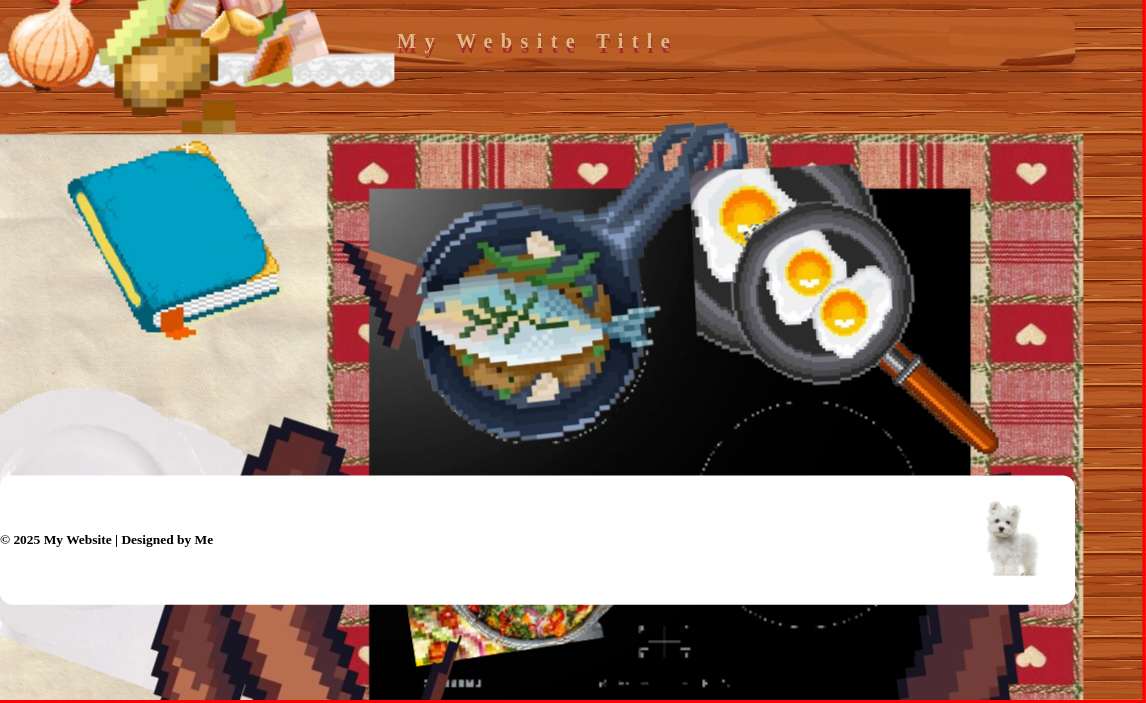
Repository: AJamdonuts/ToddyTalks
Page: playingaround2/pages/chefsujin.html
These files come from the project's save history. The page is drawn as it stood at one moment and after the next save; the edit follows.
The browser window is 1280 px wide. The page is 1364 px wide, so the pictures cover 1364 px, including what lies to the right of the window. The pictures show the whole page, at 84% of full size.
An inner scrolling area shows only its first screen.

Above is the page before, as saved 2025-11-27 00:00:29.

### playingaround2/pages/chefsujin.html
<!DOCTYPE html>
<html>
<head>
    <meta charset="UTF-8">
    <meta name="viewport" content="width=device-width, initial-scale=1">
    <link href="/playingaround2/styles/chefsujin.css" rel="stylesheet">
    <script src="/playingaround2/javascript/chefsujin.js" defer></script>
    <title>Chef Sujin</title>
    <link rel="icon" type="image/x-icon" href="/playingaround2/images/favicon.ico">
</head>
<body>
    <div class="page-background">
        <div class="site-wrapper">
            <header>
                <div class="header-images">
                    <img src="/playingaround2/images/bearf.png" alt="Header Image" class="img1">
                    <img src="/playingaround2/images/IMG_0128.PNG" alt="Header Image 2" class="img2">
                </div>
                <h1>My Website Title</h1>
            </header>

            <div class="section-divider">

            </div>
            <main>
                <div class="canvas">
                        <div class="canvas-content">
                            <img src="/playingaround2/images/09362b8ce39beb85f830c3373e6b392c-removebg-preview.png" alt="Chef Sujin Banner" class="chef-sujin-banner">
                            <img src="/playingaround2/images/b41e50d46e26e9463ce130b2da7a46aa.jpg" class="creamtexture">
                            <img src="/playingaround2/images/check table cloth.jpg" class="checktablecloth">
                            <img src="/playingaround2/images/pxArt-2.png" class="hob">
                            <img src="/playingaround2/images/pixil-frame-0-removebg-preview 1.png" class="recipebook">
                            <img src="/playingaround2/images/fishpan.png" class="fishpan">
                            <img src="/playingaround2/images/leek-removebg-preview.png" class="leek">
                            <img src="/playingaround2/images/garlic-removebg-preview.png" class="garlic">
                            <img src="/playingaround2/images/d95fa1e62c663504736614e026fc4862-removebg-preview.png" class="potato">
                            <img src="/playingaround2/images/pixil-frame-0-removebg-preview.png" class="eggpan" >
                            <img src="/playingaround2/images/pxArt-2-removebg-preview.png" class="vegpan">
                            <img src="/playingaround2/images/pxArt-removebg-preview.png" class="plate">
                            <img src="/playingaround2/images/tomato-removebg-preview.png" class="tomato">
                            <img src="/playingaround2/images/onion-removebg-preview.png" class="onion">
                            <img src="/playingaround2/images/IMG_0236_2-removebg-preview.png" class="beararm1" >
                            <img src="/playingaround2/images/IMG_0236-removebg-preview.png" class="beararm2" >
                        </div>
                </div>
            </main>

            <footer>
                <div class="footer-content">
                    <p class="footer-text">© 2025 My Website | Designed by Me</p>
                    <a href="https://example.com">
                    <img src="/playingaround2/images/ -16.png" alt="Footer Logo" class="footer-img">
                    </a>
                </div>
            </footer>

        </div> <!-- .site-wrapper -->
    </div> <!-- .page-background -->



</body>
</html>

### playingaround2/styles/chefsujin.css

html, body {
    background-image: url('/playingaround2/images/kitchencounter.jpg');
    background-repeat: repeat; /* repeat the image */
    background-size: 300px 100px; /* set width and height for each tile */
    background-position: top left; /* start tiling from top-left */
    background-attachment: scroll; /* moves with page */
    background-color: #ffffff; /* fallback color */
    width: 100%;
    height: 100%;
    margin: 0;
    padding: 0;
}




.page-background {
    position: relative; /* Essential for absolute border elements (if you add them later) */
    width: 100%;
    height: 100%;
    /* Add your overall background/border styles here */
}


.site-wrapper {
    display: flex;
    flex-direction: column;
    height: 100%; /* Take up 100% of .page-background's height */
    max-width: 1440px; /* Example: Limit the content width */
    margin: 0 auto;
}

main {
    flex-grow: 1;
    position: relative;
}

.canvas {

    position: absolute;
    top: 50%;
    left: 50%;
    width: 1440px;   /* design width */
    height: 1000px;  /* design height */
    transform-origin: top left; /* easier to work with scaling */
    transform: translate(-50%, -50%) scale(var(--scale-factor, 1));
    border: 4px solid red !important;
    overflow: auto;
}

.canvas-content {
    position: absolute;
    left: 50px; /* adjust this number: 20px, 40px, 70px, etc. */
    top: 0;
}


.tomato {
    position: absolute;
    width: 133.75px;
    height: 133.75px;
    left: 45.02px;
    top: 55.06px;
    background: url(tomato-removebg-preview.png);
    filter: drop-shadow(0px 4px 4px rgba(0, 0, 0, 0.25));
    border-radius: 4px;
    transform: rotate(-24.58deg);
}

.potato {
    position: absolute;
    width: 165px;
    height: 165px;
    left: 146px;
    top: 161px;
    background: url(d95fa1e62c663504736614e026fc4862-removebg-preview.png);
}

.leek {
    position: absolute;
    width: 257.96px;
    height: 257.96px;
    left: 109.95px;
    top: 20px;
    background: url(leek-removebg-preview.png);
    transform: rotate(-5.62deg);
}

.garlic {
    position: absolute;
    width: 194.8px;
    height: 194.8px;
    left: 200.62px;
    top: 74.87px;
    background: url(garlic-removebg-preview.png);
    transform: rotate(-19.27deg);
}

.onion {
    position: absolute;
    width: 126.18px;
    height: 144.28px;
    left: 32px;
    top: 145.3px;
    background: url(onion-removebg-preview.png);
    transform: rotate(17.63deg);
    }

.recipebook {
    position: absolute;
    width: 300px;
    height: 300px;
    left: 90px;
    top: 302px;
}

.plate {
    position: absolute;
    width: 334.76px;
    height: 332.75px;
    left: -40px;
    top: 616px;
    background: url(pxArt-removebg-preview.png);
    transform: rotate(19.64deg);
}

.beararm1 {
    position: absolute;
    width: 448.49px;
    height: 883.17px;
    left: 132px;
    top: 450px;
    background: url(IMG_0236_2-removebg-preview.png);
    transform: matrix(0.95, 0.31, 0.31, -0.95, 0, 0);
}

.beararm2 {
    position: absolute;
    width: 348.8px;
    height: 764.5px;
    left: 1000px;
    top: 500px;
    background: url(IMG_0236-removebg-preview.png);
    transform: matrix(0.99, -0.13, -0.13, -0.99, 0, 0);
}

.fishpan {
    position: absolute;
    width: 546.95px;
    height: 546.95px;
    left: 460px;
    top: 280px;
    background: url(fishpan.png);
    transform: rotate(-6.22deg);
}

.eggpan {
    position: absolute;
    width: 396px;
    height: 396px;
    left: 860px;
    top: 362.44px;
    background: url(pixil-frame-0-removebg-preview.png);
    transform: rotate(177.33deg);
}

.vegpan {
    position: absolute;
    width: 207px;
    height: 310px;
    left: 560px;
    top: 680px;
    background: url(pxArt-2-removebg-preview.png);
    transform: rotate(81.24deg);
}

.hob {
    position: absolute;
    width: 716px;
    height: 632px;
    left: 470px;
    top: 392px;
    background: url(pxArt-2.png);
}

.creamtexture {
    position: absolute;
    width: 476px;
    height: 696px;
    left: 0px;
    bottom:0px;
    top: 327px;
    background: url(b41e50d46e26e9463ce130b2da7a46aa.jpg);
}

.checktablecloth {
    position: absolute;
    width: 900px;
    height: 697px;
    bottom: 0px;
    top: 327px;
    left: 420px;
}


footer {
    flex-shrink: 0;
    width: 100%;
    background-color: white;
    border-radius: 15px;
    box-sizing: border-box;
    z-index: 1000;
    position: ;
}

.footer-content {
  display: flex;
  justify-content: space-between; /* text left, image right */
  align-items: center;           /* vertically center text & image */
  max-width: 100%; /* Keep it aligned with max width of canvas */
  margin: 0 auto;
}

.footer-text {
  color: black;
  font-weight: bold;
  font-size: 1rem;
  margin: 0;
}

.footer-img {
  width: 150px;                     /* size of your image */
  height: auto;
  cursor: pointer;                 /* shows it’s clickable */
  transition: transform 0.3s;
  padding: 0%;
  margin: 0%;
}

.footer-img:hover {
  transform: scale(1.1);           /* optional hover effect */
}


header {
  text-align: center;
  margin: 20px auto;
  width: 100%;
  border-radius: 15px;
  background-image: url(/playingaround2/images/kitchencounter.jpg);

  background-position: center;
  box-shadow: 0 20px 10px rgba(0,0,0,0.1);

  /* Flex to center content */
  display: flex;
  flex-direction: column;
  align-items: center;
}

/* IMAGE CONTAINER */
.header-images {
  position: fixed;       /* creates a frame for absolute children */
  width: 120px;               /* how wide the image area is */
  max-width: 120px;         /* don’t let it grow too large */
  overflow: hidden;
  height: 120px;              /* fixed height */
}

/* BOTH IMAGES STACKED ON TOP OF EACH OTHER */
.header-images img {
  position: fixed;
  top: 0;
  left: 0;
  width: 100%;              /* fill container */
  height: 100%;
  object-fit: cover;
  opacity: 0;               /* start hidden */
  animation: swap 6s infinite; /* 6-second repeating animation */
  transition: opacity 1s;
}

/* First image visible first */
.header-images .img1 {
  animation-delay: 0s;
}

/* Second image appears halfway through */
.header-images .img2 {
  animation-delay: 3s;
}


header h1 {
    font-size: 1.5em;
    font-weight: bold;
    font-family: 'ToddyTalks';
    color: burlywood;
    text-shadow: 1px 6px brown;
    letter-spacing: 10px;
}

/* Main section styles */
main {
  text-align: center;
  margin: 20px auto;              /* space around the box */
  width: 100%;                     /* take up 100% of the screen width */
}

### playingaround2/javascript/chefsujin.js
function calculateScaleFactor() {
    const DESIGN_WIDTH = 400;
    const DESIGN_HEIGHT = 500;
    const MIN_SCALE =0.;

    const viewportWidth = window.innerWidth;
    const viewportHeight = window.innerHeight;

    const widthScale = viewportWidth / DESIGN_WIDTH;
    const heightScale = viewportHeight / DESIGN_HEIGHT;

    const scaleFactor = Math.min(widthScale, heightScale, 1); // never scale above 1
    const finalScale = Math.max(scaleFactor, MIN_SCALE);      // never scale below MIN_SCALE

    const canvas = document.querySelector('.canvas');
    if (canvas) {
        canvas.style.setProperty('--scale-factor', finalScale);
    }
}

window.addEventListener('resize', calculateScaleFactor);
document.addEventListener('DOMContentLoaded', calculateScaleFactor);

After the next save:
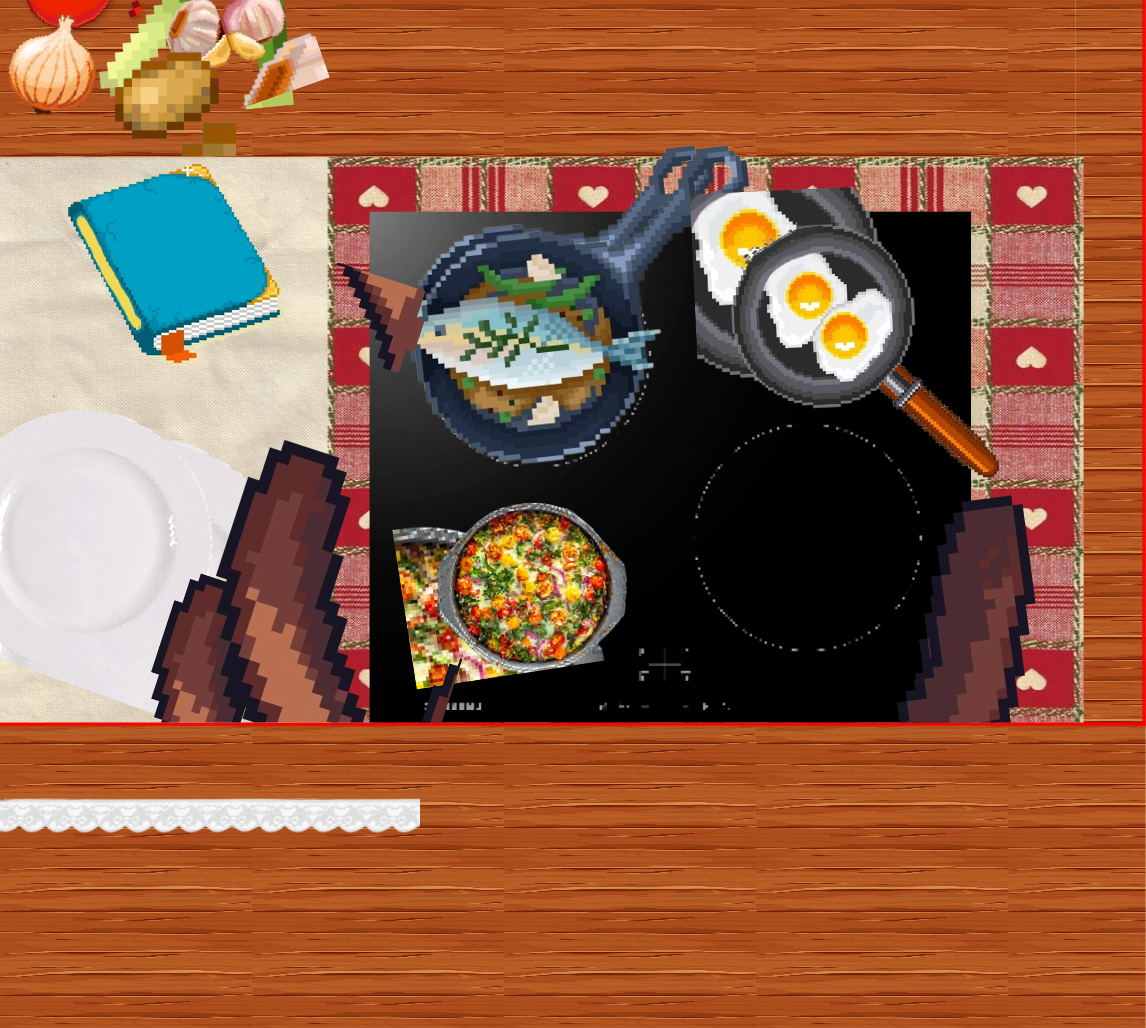
Saved 8 min 59 s later.
--- a/playingaround2/pages/chefsujin.html
+++ b/playingaround2/pages/chefsujin.html
@@ -12,11 +12,6 @@
     <div class="page-background">
         <div class="site-wrapper">
             <header>
-                <div class="header-images">
-                    <img src="/playingaround2/images/bearf.png" alt="Header Image" class="img1">
-                    <img src="/playingaround2/images/IMG_0128.PNG" alt="Header Image 2" class="img2">
-                </div>
-                <h1>My Website Title</h1>
             </header>
 
             <div class="section-divider">
@@ -25,7 +20,6 @@
             <main>
                 <div class="canvas">
                         <div class="canvas-content">
-                            <img src="/playingaround2/images/09362b8ce39beb85f830c3373e6b392c-removebg-preview.png" alt="Chef Sujin Banner" class="chef-sujin-banner">
                             <img src="/playingaround2/images/b41e50d46e26e9463ce130b2da7a46aa.jpg" class="creamtexture">
                             <img src="/playingaround2/images/check table cloth.jpg" class="checktablecloth">
                             <img src="/playingaround2/images/pxArt-2.png" class="hob">
@@ -47,10 +41,6 @@
 
             <footer>
                 <div class="footer-content">
-                    <p class="footer-text">© 2025 My Website | Designed by Me</p>
-                    <a href="https://example.com">
-                    <img src="/playingaround2/images/ -16.png" alt="Footer Logo" class="footer-img">
-                    </a>
                 </div>
             </footer>
 
@@ -61,3 +51,12 @@
 
 </body>
 </html>
+
+
+
+
+
+
+
+
+                            <img src="/playingaround2/images/09362b8ce39beb85f830c3373e6b392c-removebg-preview.png" alt="Chef Sujin Banner" class="chef-sujin-banner">
--- a/playingaround2/styles/chefsujin.css
+++ b/playingaround2/styles/chefsujin.css
@@ -12,9 +12,6 @@ html, body {
     padding: 0;
 }
 
-
-
-
 .page-background {
     position: relative; /* Essential for absolute border elements (if you add them later) */
     width: 100%;
@@ -34,6 +31,9 @@ html, body {
 main {
     flex-grow: 1;
     position: relative;
+    text-align: center;
+    margin: 20px auto;              /* space around the box */
+    width: 100%;
 }
 
 .canvas {
@@ -46,7 +46,7 @@ main {
     transform-origin: top left; /* easier to work with scaling */
     transform: translate(-50%, -50%) scale(var(--scale-factor, 1));
     border: 4px solid red !important;
-    overflow: auto;
+    overflow: hidden;
 }
 
 .canvas-content {
@@ -202,108 +202,3 @@ main {
     top: 327px;
     left: 420px;
 }
-
-
-footer {
-    flex-shrink: 0;
-    width: 100%;
-    background-color: white;
-    border-radius: 15px;
-    box-sizing: border-box;
-    z-index: 1000;
-    position: ;
-}
-
-.footer-content {
-  display: flex;
-  justify-content: space-between; /* text left, image right */
-  align-items: center;           /* vertically center text & image */
-  max-width: 100%; /* Keep it aligned with max width of canvas */
-  margin: 0 auto;
-}
-
-.footer-text {
-  color: black;
-  font-weight: bold;
-  font-size: 1rem;
-  margin: 0;
-}
-
-.footer-img {
-  width: 150px;                     /* size of your image */
-  height: auto;
-  cursor: pointer;                 /* shows it’s clickable */
-  transition: transform 0.3s;
-  padding: 0%;
-  margin: 0%;
-}
-
-.footer-img:hover {
-  transform: scale(1.1);           /* optional hover effect */
-}
-
-
-header {
-  text-align: center;
-  margin: 20px auto;
-  width: 100%;
-  border-radius: 15px;
-  background-image: url(/playingaround2/images/kitchencounter.jpg);
-
-  background-position: center;
-  box-shadow: 0 20px 10px rgba(0,0,0,0.1);
-
-  /* Flex to center content */
-  display: flex;
-  flex-direction: column;
-  align-items: center;
-}
-
-/* IMAGE CONTAINER */
-.header-images {
-  position: fixed;       /* creates a frame for absolute children */
-  width: 120px;               /* how wide the image area is */
-  max-width: 120px;         /* don’t let it grow too large */
-  overflow: hidden;
-  height: 120px;              /* fixed height */
-}
-
-/* BOTH IMAGES STACKED ON TOP OF EACH OTHER */
-.header-images img {
-  position: fixed;
-  top: 0;
-  left: 0;
-  width: 100%;              /* fill container */
-  height: 100%;
-  object-fit: cover;
-  opacity: 0;               /* start hidden */
-  animation: swap 6s infinite; /* 6-second repeating animation */
-  transition: opacity 1s;
-}
-
-/* First image visible first */
-.header-images .img1 {
-  animation-delay: 0s;
-}
-
-/* Second image appears halfway through */
-.header-images .img2 {
-  animation-delay: 3s;
-}
-
-
-header h1 {
-    font-size: 1.5em;
-    font-weight: bold;
-    font-family: 'ToddyTalks';
-    color: burlywood;
-    text-shadow: 1px 6px brown;
-    letter-spacing: 10px;
-}
-
-/* Main section styles */
-main {
-  text-align: center;
-  margin: 20px auto;              /* space around the box */
-  width: 100%;                     /* take up 100% of the screen width */
-}
